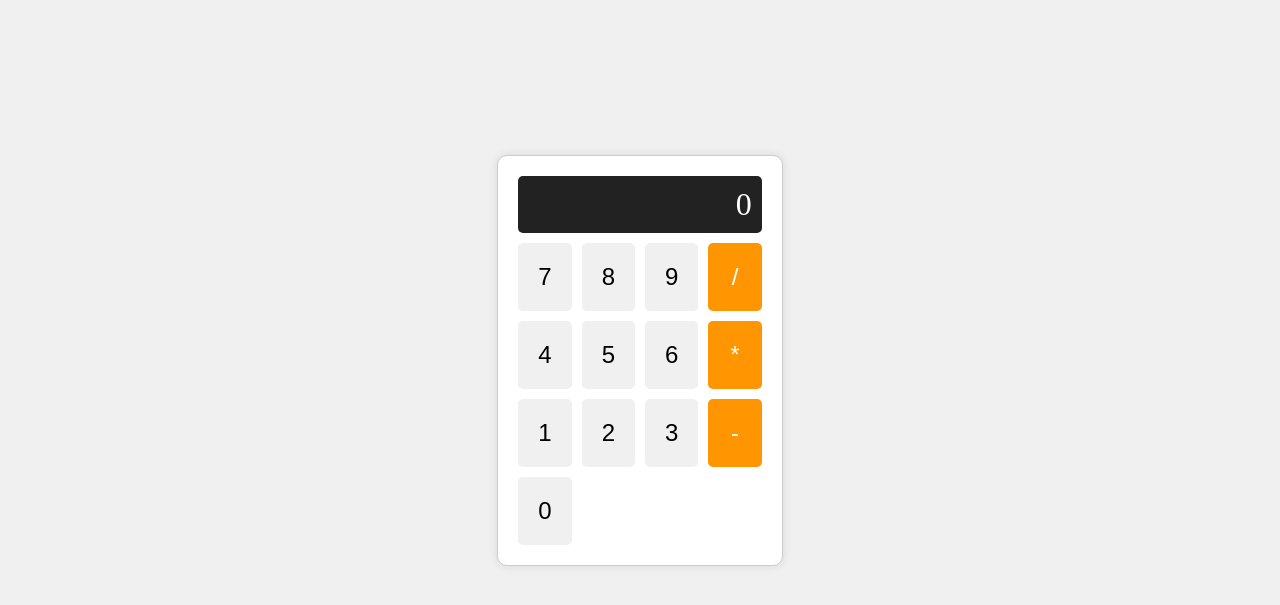
Repository: alizey12/calculator
Page: index.html
These files come from the project's save history. The page is drawn as it stood at one moment and after a run of saves; the edit follows.
The browser window is 1280 px wide. The pictures show the whole page.

Above is the page before, as saved 2024-11-23 18:35:31.

After the next 2 saves:
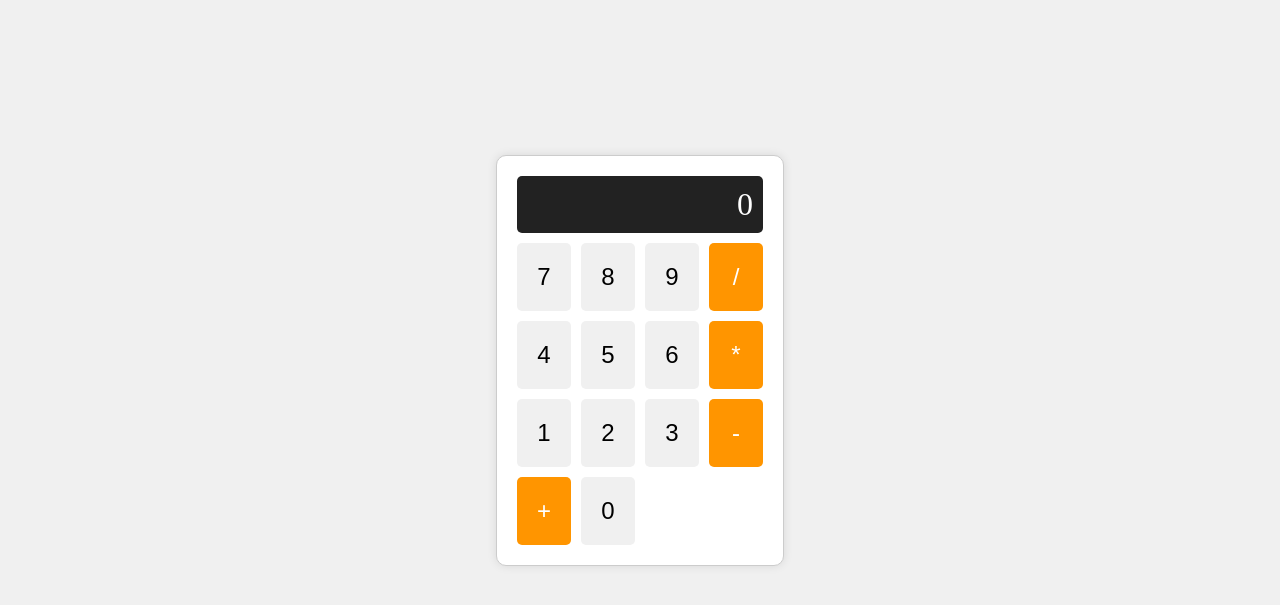
The 2 saves are shown as one change because they came seconds apart.
The last was saved 16 s later.
--- a/index.html
+++ b/index.html
@@ -14,7 +14,7 @@
             <div class="buttons">
 
                 <!--
-                <button class="btn operator">+</button>
+
                 <button class="btn" id="clear">C</button>
                 <button class="btn operator" id="equals">=</button>
 
@@ -31,7 +31,7 @@
                 <button class="btn">2</button>
                 <button class="btn">3</button>
                 <button class="btn operator">-</button>
-
+                <button class="btn operator">+</button>
                 <button class="btn">0</button>
 
 
